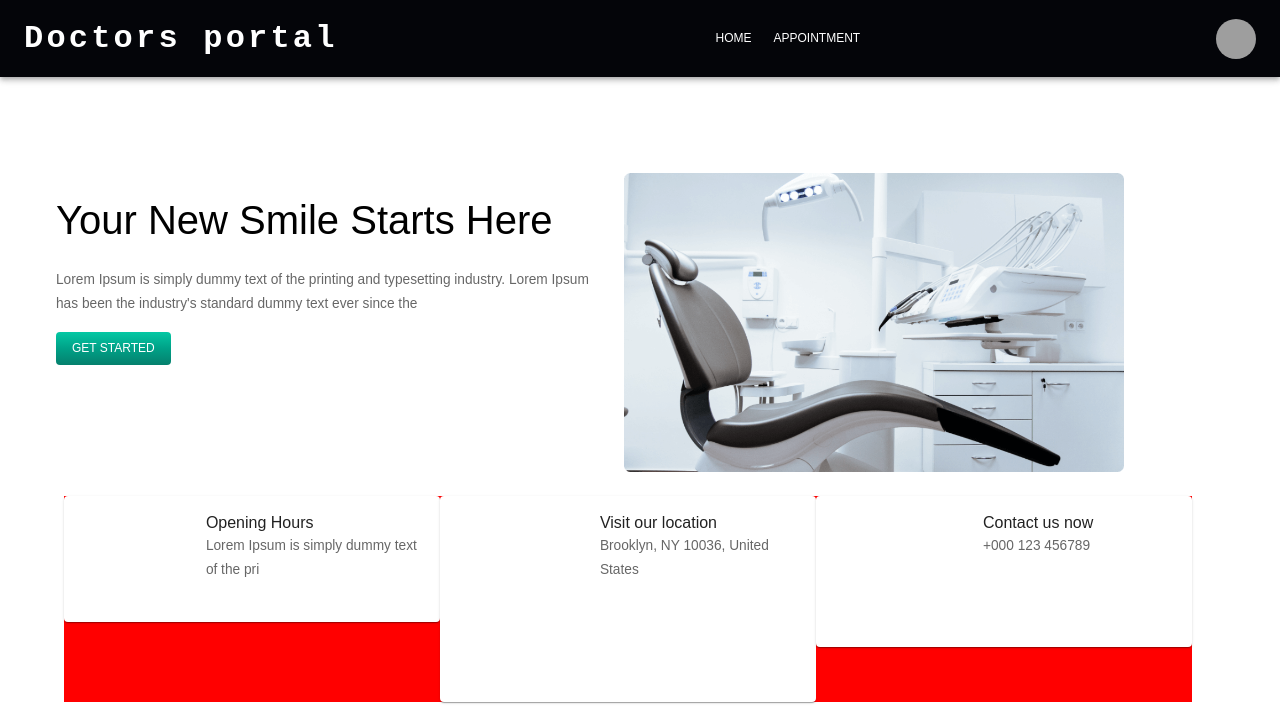
Repository: mdrubel02/health-care
Page: /
The author's editor kept a copy of each file at every save. The page is drawn from the files as they stood at one save, then again after the next save.
The browser window is 1280 px wide. The pictures show the whole page.
Pictures or frames that could not be fetched are drawn as grey boxes. The project was rebuilt for these pictures with package versions that can differ from the ones it lists, and the page was loaded fresh each time. Also part of the build but not shown: src/Pages/Appointment/Appointment.js.

Above is the page before, as saved 2022-11-15 11:20:46.

After the next save:
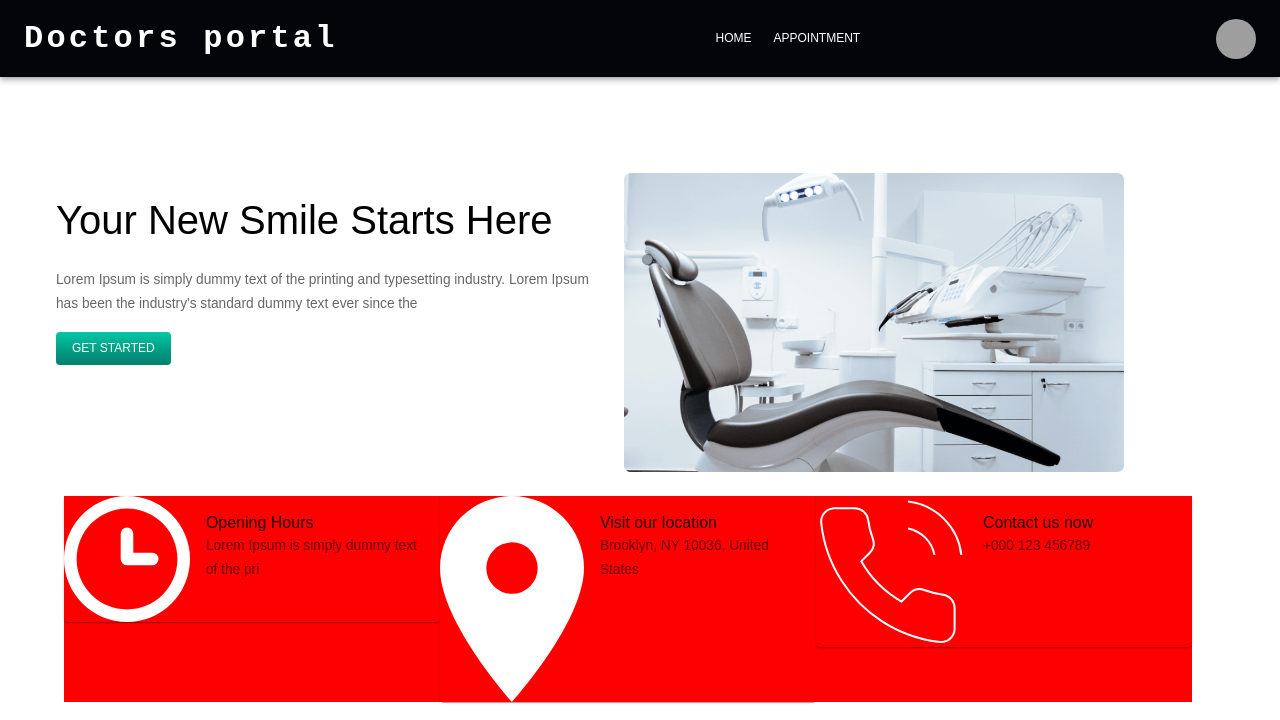
Saved 3 min 55 s later.
--- a/src/Pages/Home/Information/Information.js
+++ b/src/Pages/Home/Information/Information.js
@@ -17,7 +17,7 @@ const Information = () => {
                 <Grid container spacing={{ xs: 2, md: 3 }} columns={{ xs: 4, sm: 8, md: 12 }}>
                     {items.map((item) => (
                         <Grid sx={{backgroundColor: 'red'}} xs={2} sm={4} md={4} key={item.id}>
-                            <Card sx={{ display: 'flex'  }}>
+                            <Card sx={{ display: 'flex' ,backgroundColor: 'red'  }}>
                                 <CardMedia
                                     component="img"
                                     sx={{ width: 151 }}
